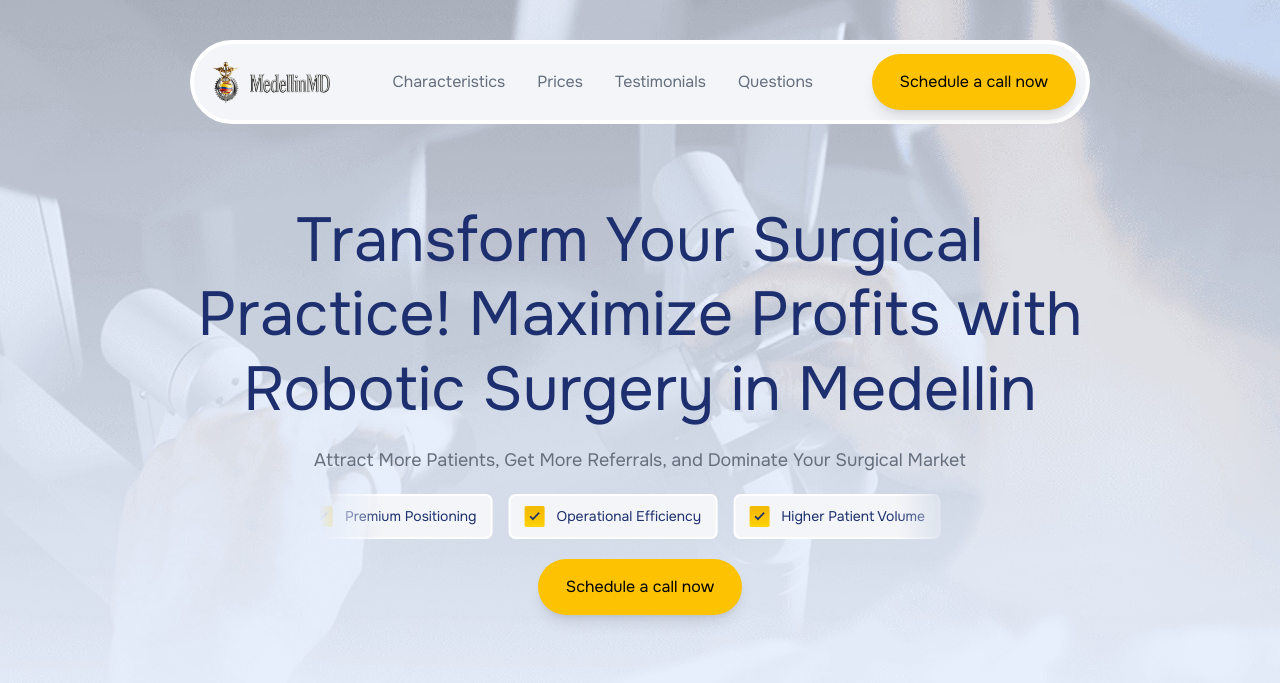
Repository: emmanueltech2019/cmd
Page: /home
The author's editor kept a copy of each file at every save. The page is drawn from the files as they stood at one save, then again after the next save.
The browser window is 1280 px wide. The pictures show the whole page.
The project was rebuilt for these pictures with package versions that can differ from the ones it lists, and the page was loaded fresh each time. The framework's server and built-in components were replaced by stand-ins that run in the browser. Also part of the build but not shown: next.config.mjs.

Above is the page before, as saved 2025-05-15 17:06:33.

### src/app/home/page.jsx
import React from 'react'
import Image from 'next/image'
import medellinHero from '@/images/jpg/medellinHero.jpg'
import medellinLogo from '@/images/png/medellinLogo.png'
import medellinCheck from '@/images/png/medellinCheck.png'
import SlideView from '../components/SlideView'
import Button from '../components/Button'
import medellinDotted from '@/images/png/medellinDotted.png'

const page = () => {
    const slideViewData = [
        { id: 1, text: 'Increased Referrals', image: medellinCheck },
        { id: 2, text: 'Premium Positioning', image: medellinCheck },
        { id: 3, text: 'Operational Efficiency', image: medellinCheck },
        { id: 4, text: 'Higher Patient Volume', image: medellinCheck },
    ];
  return (
    <>
        <div className={`h-screen w-full`}
            style={{
                backgroundImage: `url(${medellinHero.src})`,
                backgroundSize: 'cover',
                backgroundPosition: 'center',
                backgroundRepeat: 'no-repeat',
            }}
        >
            <nav className='py-5'>
                <div className="w-web-navwidth mx-auto bg-web-navwhite backdrop-blur-md p-web-nav-padding flex justify-between items-center rounded-web-radius border-white border-4 my-5">
                    <div className="w-web-logowidth h-web-logoheight flex justify-center items-center">
                        <Image src={medellinLogo} width={100} height={100} alt='medellin logo' className='w-full' />
                    </div>
                    <ul className="flex gap-web-navgap items-center text-navfontsize">
                        <li>
                            <button className='p-web-nav-padding bg-transparent hover:bg-web-blue text-web-navgray hover:text-white transition-all duration-500 rounded-web-navbtnradius'>Characteristics</button>
                        </li>
                        <li>
                            <button className='p-web-nav-padding bg-transparent hover:bg-web-blue text-web-navgray hover:text-white transition-all duration-500 rounded-web-navbtnradius'>Prices</button>
                        </li>
                        <li>
                            <button className='p-web-nav-padding bg-transparent hover:bg-web-blue text-web-navgray hover:text-white transition-all duration-500 rounded-web-navbtnradius'>Testimonials</button>
                        </li>
                        <li>
                            <button className='p-web-nav-padding bg-transparent hover:bg-web-blue text-web-navgray hover:text-white transition-all duration-500 rounded-web-navbtnradius'>Questions</button>
                        </li>
                    </ul>
                    <Button>Schedule a call now</Button>
                </div>
            </nav>
            <div className="mt-10 w-[100%] md:w-[70%] mx-auto">
                <h1 className="text-center text-web-blue text-webhero-font leading-webhero-lineheight">Transform Your Surgical Practice! Maximize Profits with Robotic Surgery in Medellin</h1>
                <p className='text-websubhero-font text-web-navgray text-center py-5'>Attract More Patients, Get More Referrals, and Dominate Your Surgical Market</p>
            </div>
            <div className="flex whitespace-nowrap overflow-hidden w-[50%] mx-auto"
                style={{
                        WebkitMaskImage:
                        'linear-gradient(to right, transparent, black 10%, black 90%, transparent)',
                        maskImage:
                        'linear-gradient(to right, transparent, black 10%, black 90%, transparent)',
                    }}
            >
                <div className="flex animate-slide flex-shrink-0">
                    {slideViewData.map((item) => (
                        <SlideView key={`a-${item.id}`}>
                            <div className="flex gap-3">
                                <Image src={item.image} alt='medellin check' width={100} height={100} className='w-5' />
                                {item.text}
                            </div>
                        </SlideView>
                    ))}
                </div>
                <div className="flex animate-slide flex-shrink-0">
                    {slideViewData.map((item) => (
                        <SlideView key={`b-${item.id}`}>
                            <div className="flex gap-3">
                                <Image src={item.image} alt='medellin check' width={100} height={100} className='w-5' />
                                {item.text}
                            </div>
                        </SlideView>
                    ))}
                </div>
            </div>
            <div className="flex justify-center items-center my-5">
                <Button>Schedule a call now</Button>
            </div>
        </div>
    </>
  )
}

export default page

### src/app/globals.css
@import url('https://fonts.googleapis.com/css2?family=Onest:wght@100..900&family=Poppins:ital,wght@0,100;0,200;0,300;0,400;0,500;0,600;0,700;0,800;0,900;1,100;1,200;1,300;1,400;1,500;1,600;1,700;1,800;1,900&display=swap');

*{
  font-family: "Onest", sans-serif;
}

@tailwind base;
@tailwind components;
@tailwind utilities;

@font-face {
  font-family: 'Onset';
  src: url('/src/fonts/Onest-VariableFont_wght.ttf') format('truetype');
  font-weight: 400;
  font-style: normal;
  font-display: swap; /* recommended for better performance */
}

### src/app/components/SlideView.jsx
import React from 'react'

const slideview = ({ children }) => {
  return (
    <div className='p-web-heroslideview bg-web-navwhite border-white border-2 rounded-web-heroslideradius text-web-navfontsize text-web-blue mx-2 flex-shrink-0'>{children}</div>
  )
}

export default slideview

### src/app/components/button.jsx
import React from 'react'

const button = ({children}) => {
  return (
    <button className='bg-web-yellow hover:bg-web-blue py-4 px-7 transition-all duration-500 hover:text-white shadow-lg rounded-web-radius'>{children}</button>
  )
}

export default button

### tailwind.config.js
/** @type {import('tailwindcss').Config} */
export default {
  content: [
    "./index.html",
    "./src/**/*.{js,ts,jsx,tsx}",
  ],
  theme: {
    extend: {
      colors: {
        'web-blue': '#1d2f6f',
        'web-yellow': '#fdc201',
        'web-navwhite': '#f3f5f8',
        'web-navgray': '#646e7d',
      },
      boxShadow: {
        'web-shadow': '#abcbff08 0px 0.602187px 2.28831px 0px,'
      },
      padding: {
        'web-btn-padding': '16px 28px',
        'web-nav-padding': '10px',
        'web-heroslideview': '10px 14px'
      },
      lineHeight: {
        'webhero-lineheight': '74.4px'
      },
      fontSize: {
        'webhero-font': '62px',
        'websubhero-font': '18px',
        'web-navfontsize': '14px'
      },
      width: {
        'web-navwidth': '900px',
        'web-logowidth': '130px',
      },
      height: {
        'web-navheight': '76px',
        'web-logoheight': '56px'
      },
      borderRadius: {
        'web-radius': '99px',
        'web-navbtnradius': '8px',
        'web-heroslideradius': '7px'
      },
      gap: {
        'web-navgap': '12px'
      },
      fontFamily: {
        myFont: ['Onset']
      },
      keyframes: {
        'slide': {
          '0%': { transform: 'translateX(0)' },
          '100%': { transform: 'translateX(-100%)' },
        },
      },
      animation: {
        'slide': 'slide 20s linear infinite',
      },
    },
  },
  plugins: [],
}

Loaded but not shown: src/app/layout.jsx (common file)

After the next save:
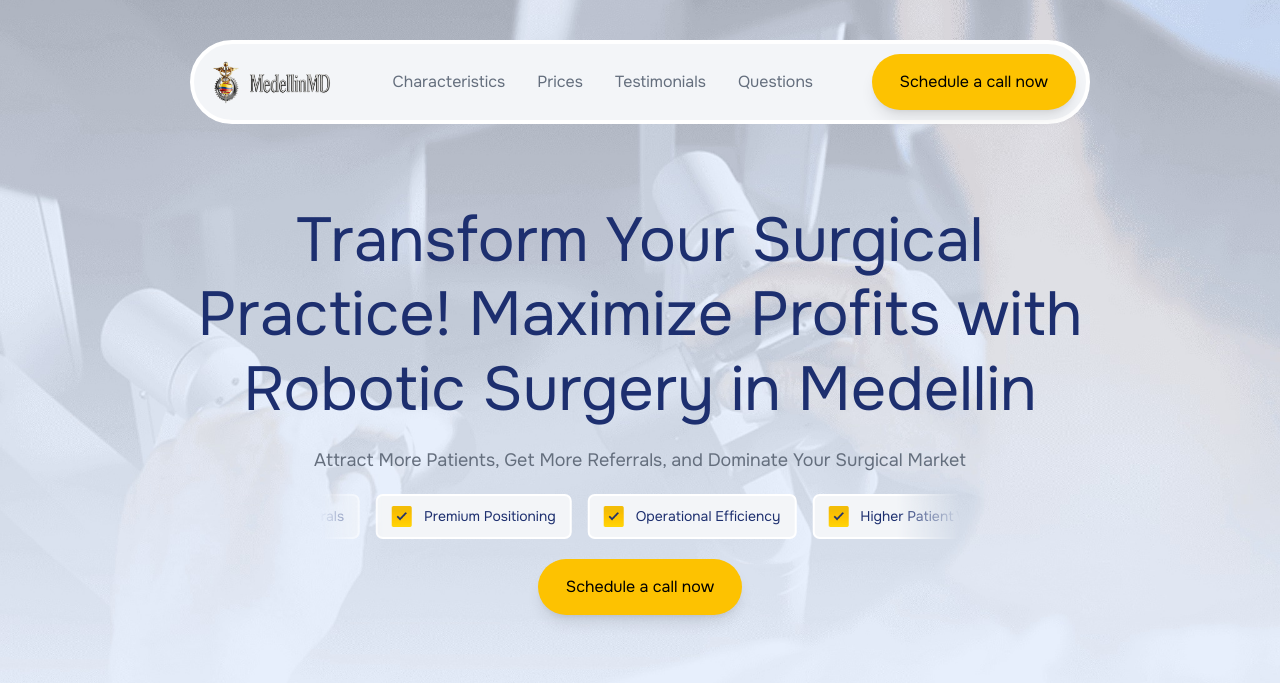
Saved 11 s later.
--- a/tailwind.config.js
+++ b/tailwind.config.js
@@ -54,7 +54,7 @@ export default {
         },
       },
       animation: {
-        'slide': 'slide 20s linear infinite',
+        'slide': 'slide 30s linear infinite',
       },
     },
   },
